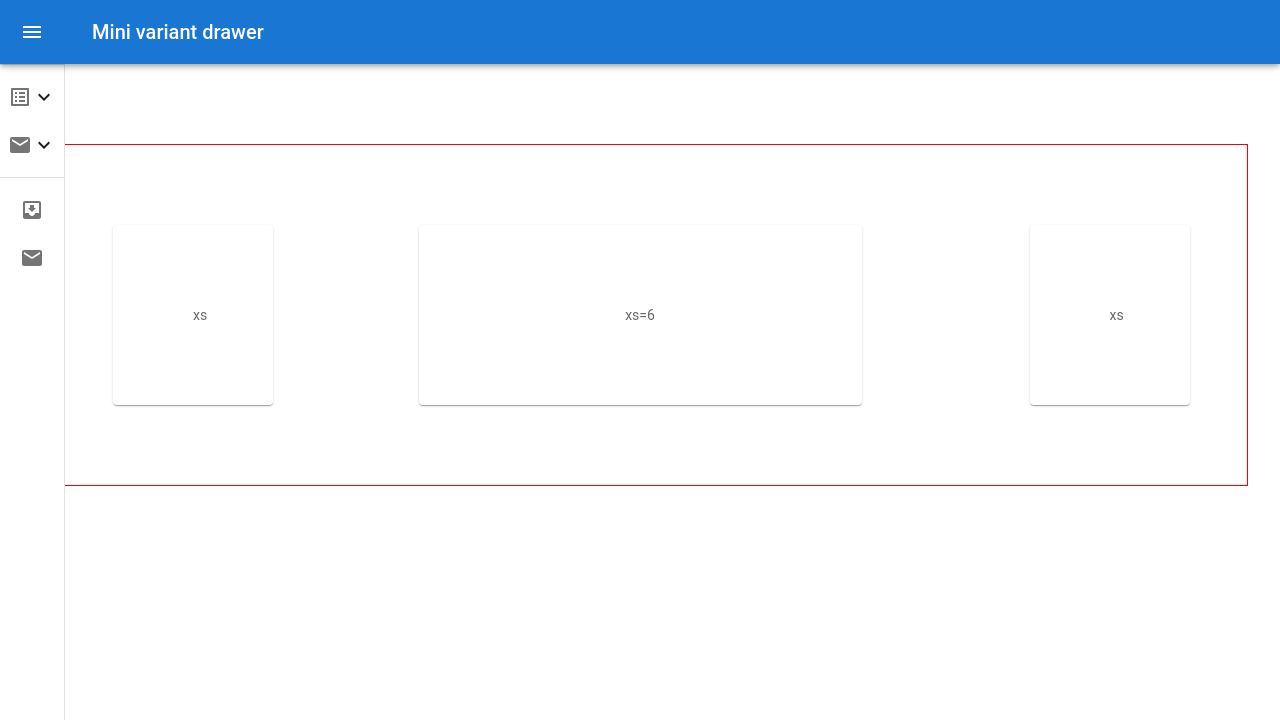
Repository: Vijay-Singh1/office-tools
Page: /createForm/Create-Form
An editor plug-in stored every save of this project. The page is shown before and after the next save, followed by the edit.
The browser window is 1280 px wide. The pictures show the whole page.
The project was rebuilt for these pictures with package versions that can differ from the ones it lists, and the page was loaded fresh each time. Also part of the build but not shown: vite.config.ts, src/FormBuilderApp/src/pages/OpenForms.tsx.

Above is the page before, as saved 2024-09-02 20:02:21.

### index.html
<!doctype html>
<html lang="en">
  <head>
    <meta charset="UTF-8" />
    <link rel="icon" type="image/svg+xml" href="/vite.svg" />
    <meta name="viewport" content="width=device-width, initial-scale=1.0" />
    <title>Office Tools</title>
  </head>
  <body>
    <div id="root"></div>
    <script type="module" src="/src/main.tsx"></script>
  </body>
</html>

### src/main.tsx
import { StrictMode } from 'react'
import { createRoot } from 'react-dom/client'
import App from './App.tsx'
import './index.css'// Import Tailwind CSS
import { ThemeProvider } from '@mui/material/styles';
import CssBaseline from '@mui/material/CssBaseline';
import theme from "./appTheme/appTheme.ts"
import AppRoutes from './routes.js';
createRoot(document.getElementById('root')!).render(
  <StrictMode>
    <ThemeProvider theme={theme}>
    <CssBaseline />
    <AppRoutes />
    </ThemeProvider>
  </StrictMode>,
)

### src/appTheme/appTheme.ts
// src/theme.ts
import { createTheme, ThemeOptions } from '@mui/material/styles';

const themeOptions: ThemeOptions = {
  palette: {
    primary: {
      main: '#1976d2',
    },
    secondary: {
      main: '#dc004e',
    },
  },
  typography: {
    fontFamily: 'Roboto, Arial, sans-serif',
    h1: {
      fontSize: '2.5rem',
      fontWeight: 500,
    },
    body1: {
      fontSize: '1rem',
    },
  },
  components: {
    MuiButton: {
      styleOverrides: {
        root: {
          textTransform: 'none',
          borderRadius: '8px',
        },
      },
    },
  },
};

const theme = createTheme(themeOptions);

export default theme;

### src/routes.tsx
import React from 'react';
import { createBrowserRouter, RouterProvider } from 'react-router-dom';

import Sidebar from './components/sidebar';
import { formBuilderRoutes } from './FormBuilderApp/src/formBuilderRoutes';
import App from './App';

// Combine routes from different modules
const router = createBrowserRouter([
  {
    path: '/',
    element: <App />,
    children: [
      ...formBuilderRoutes
      // Add other module routes here
    ],
  },
]);

const AppRoutes: React.FC = () => {
  return <RouterProvider router={router} />;
};

export default AppRoutes;

### src/FormBuilderApp/src/formBuilderRoutes.tsx
import React from 'react';
import { RouteObject } from 'react-router-dom';
import FormBuilderHome from './pages/FormBuilderHome';
import CreateForm from './pages/CreateForm';
import OpenForms from './pages/OpenForms';


export const formBuilderRoutes: RouteObject[] = [
  {
    path: 'createForm',
    element: <FormBuilderHome />,
    children: [
      {
        path: '/createForm/Create-Form',
        element: <CreateForm />,
      },
      {
        path: '/createForm/Open-Form',
        element: <OpenForms />,
      },
    ],
  },
];

### src/App.tsx
import { Outlet } from "react-router-dom";
import "./App.css";
import Sidebar from "./components/sidebar";

const App: React.FC = () => {
  return (
    <div>
      <Sidebar />
      <div id="detail">
        <Outlet />
      </div>
    </div>
  );
};

export default App;

### src/FormBuilderApp/src/pages/FormBuilderHome.tsx
import React from 'react'
import { Outlet } from 'react-router-dom'

const FormBuilderHome = () => {
  return (
    <div id="detail">
        <Outlet />
      </div>
  )
}

export default FormBuilderHome

### src/FormBuilderApp/src/pages/CreateForm.tsx
import { styled } from '@mui/material/styles';
import Box from '@mui/material/Box';
import Paper from '@mui/material/Paper';
import Grid from '@mui/material/Grid';
import React from 'react'



const Item = styled(Paper)(({ theme }) => ({
  backgroundColor: theme.palette.mode === 'dark' ? '#1A2027' : '#fff',
  ...theme.typography.body2,
  padding: theme.spacing(10),
  margin : theme.spacing(10),
  textAlign: 'center',
  color: theme.palette.text.secondary,
}));
const CreateForm : React.FC = () => {
  return (
    <Box sx={{ flexGrow: 1, border : "1px solid red" }}>
      <Grid container spacing={1}>
        <Grid item xs= {3}>
          <Item>xs</Item>
        </Grid>
        <Grid item xs={6}>
          <Item>xs=6</Item>
        </Grid>
        <Grid item xs = {3}>
          <Item>xs</Item>
        </Grid>
      </Grid>
    </Box>
  )
}

export default CreateForm

### src/components/sidebar/index.tsx
import * as React from 'react';
import { styled, useTheme, Theme, CSSObject } from '@mui/material/styles';
import Box from '@mui/material/Box';
import MuiDrawer from '@mui/material/Drawer';
import MuiAppBar, { AppBarProps as MuiAppBarProps } from '@mui/material/AppBar'; // <-- Use MuiAppBar here for clarity
import Toolbar from '@mui/material/Toolbar';
import List from '@mui/material/List';
import CssBaseline from '@mui/material/CssBaseline';
import Typography from '@mui/material/Typography';
import Divider from '@mui/material/Divider';
import IconButton from '@mui/material/IconButton';
import MenuIcon from '@mui/icons-material/Menu';
import ChevronLeftIcon from '@mui/icons-material/ChevronLeft';
import ChevronRightIcon from '@mui/icons-material/ChevronRight';
import ListItem from '@mui/material/ListItem';
import ListItemButton from '@mui/material/ListItemButton';
import ListItemIcon from '@mui/material/ListItemIcon';
import ListItemText from '@mui/material/ListItemText';
import InboxIcon from '@mui/icons-material/MoveToInbox';
import MailIcon from '@mui/icons-material/Mail';
import Collapse from '@mui/material/Collapse';
import ExpandLess from '@mui/icons-material/ExpandLess';
import ExpandMore from '@mui/icons-material/ExpandMore';
import ListAltIcon from '@mui/icons-material/ListAlt';
import {  Link } from "react-router-dom";

const drawerWidth = 240;

const openedMixin = (theme: Theme): CSSObject => ({
  width: drawerWidth,
  transition: theme.transitions.create('width', {
    easing: theme.transitions.easing.sharp,
    duration: theme.transitions.duration.enteringScreen,
  }),
  overflowX: 'hidden',
});

const closedMixin = (theme: Theme): CSSObject => ({
  transition: theme.transitions.create('width', {
    easing: theme.transitions.easing.sharp,
    duration: theme.transitions.duration.leavingScreen,
  }),
  overflowX: 'hidden',
  width: `calc(${theme.spacing(7)} + 1px)`,
  [theme.breakpoints.up('sm')]: {
    width: `calc(${theme.spacing(8)} + 1px)`,
  },
});

const DrawerHeader = styled('div')(({ theme }) => ({
  display: 'flex',
  alignItems: 'center',
  justifyContent: 'flex-end',
  padding: theme.spacing(0, 1),
  // necessary for content to be below app bar
  ...theme.mixins.toolbar,
}));

interface AppBarProps extends MuiAppBarProps {
  open?: boolean;
}

const AppBar = styled(MuiAppBar, {
  shouldForwardProp: (prop) => prop !== 'open',
})<AppBarProps>(({ theme }) => ({
  zIndex: theme.zIndex.drawer + 1,
  transition: theme.transitions.create(['width', 'margin'], {
    easing: theme.transitions.easing.sharp,
    duration: theme.transitions.duration.leavingScreen,
  }),
  variants: [
    {
      props: ({ open }) => open,
      style: {
        marginLeft: drawerWidth,
        width: `calc(100% - ${drawerWidth}px)`,
        transition: theme.transitions.create(['width', 'margin'], {
          easing: theme.transitions.easing.sharp,
          duration: theme.transitions.duration.enteringScreen,
        }),
      },
    },
  ],
}));

const Drawer = styled(MuiDrawer, { shouldForwardProp: (prop) => prop !== 'open' })(
  ({ theme }) => ({
    width: drawerWidth,
    flexShrink: 0,
    whiteSpace: 'nowrap',
    boxSizing: 'border-box',
    variants: [
      {
        props: ({ open }) => open,
        style: {
          ...openedMixin(theme),
          '& .MuiDrawer-paper': openedMixin(theme),
        },
      },
      {
        props: ({ open }) => !open,
        style: {
          ...closedMixin(theme),
          '& .MuiDrawer-paper': closedMixin(theme),
        },
      },
    ],
  }),
);

const Sidebar: React.FC = () => {
  const theme = useTheme();
  const [open, setOpen] = React.useState(false);
  const [nestedOpen, setNestedOpen] = React.useState({ 0: false, 1: false });

  const handleDrawerOpen = () => {
    setOpen(true);
  };

  const handleDrawerClose = () => {
    setOpen(false);
  };

  const handleNestedClick = (index: number) => {
    setNestedOpen((prev) => ({ ...prev, [index]: !prev[index] }));
  };
  const handleClick = (element: string) => {
    if(element === "Create Form"){
      console.log(element)
    }
  };

  return (
    <Box sx={{ display: 'flex' }}>
      <CssBaseline />
      <AppBar position="fixed" open={open}>
        <Toolbar>
          <IconButton
            color="inherit"
            aria-label="open drawer"
            onClick={handleDrawerOpen}
            edge="start"
            sx={[
              { marginRight: 5 },
              open && { display: 'none' },
            ]}
          >
            <MenuIcon />
          </IconButton>
          <Typography variant="h6" noWrap component="div">
            Mini variant drawer
          </Typography>
        </Toolbar>
      </AppBar>
      <Drawer variant="permanent" open={open}>
        <DrawerHeader>
          <IconButton onClick={handleDrawerClose}>
            {theme.direction === 'rtl' ? <ChevronRightIcon /> : <ChevronLeftIcon />}
          </IconButton>
        </DrawerHeader>
        <Divider />
        <List>
          {['Form Builder', 'Image Editor'].map((text, index) => (
            <>
              <ListItem key={index} disablePadding sx={{ display: 'block' }}>
                <ListItemButton
                  onClick={() => handleNestedClick(index)}
                  sx={[
                    { minHeight: 48, px: 2.5 },
                    open ? { justifyContent: 'initial' } : { justifyContent: 'center' },
                  ]}
                >
                  <ListItemIcon
                    sx={[
                      { minWidth: 0, justifyContent: 'center' },
                      open ? { mr: 3 } : { mr: 'auto' },
                    ]}
                  >
                    {index % 2 === 0 ? <ListAltIcon /> : <MailIcon />}
                  </ListItemIcon>
                  <ListItemText
                    primary={text}
                    sx={[open ? { opacity: 1 } : { opacity: 0 }]}
                  />
                  {nestedOpen[index] ? <ExpandLess /> : <ExpandMore />}
                </ListItemButton>
              </ListItem>
              <Collapse in={nestedOpen[index]} timeout="auto" unmountOnExit>
                <List component="div" disablePadding>
                  {['Create Form', 'Open Form'].map((subtext, idx) => (
                    <Link to ={`/createForm/${subtext.split(" ")[0]}-${subtext.split(" ")[1]}`}>
                    <ListItemButton key={idx} sx={{ pl: 4 }} >
                      <ListItemIcon>
                      <ListAltIcon/>
                      </ListItemIcon>
                      <ListItemText primary={subtext} />
                    </ListItemButton>
                    </Link>
                  ))}
                </List>
              </Collapse>
            </>
          ))}
        </List>
        <Divider />
        {/* Other Items */}
        <List>
          {['Docs Creator', 'SpreadSheet'].map((text, index) => (
            <ListItem key={index} disablePadding sx={{ display: 'block' }}>
              <ListItemButton
                sx={[
                  { minHeight: 48, px: 2.5 },
                  open ? { justifyContent: 'initial' } : { justifyContent: 'center' },
                ]}
              >
                <ListItemIcon
                  sx={[
                    { minWidth: 0, justifyContent: 'center' },
                    open ? { mr: 3 } : { mr: 'auto' },
                  ]}
                >
                  {index % 2 === 0 ? <InboxIcon /> : <MailIcon />}
                </ListItemIcon>
                <ListItemText
                  primary={text}
                  sx={[open ? { opacity: 1 } : { opacity: 0 }]}
                />
              </ListItemButton>
            </ListItem>
          ))}
        </List>
      </Drawer>
      <Box component="main" sx={{ flexGrow: 1, p: 3 }}>
        <DrawerHeader />
        {/* Your Main Content Here */}
      </Box>
    </Box>
  );
};

export default Sidebar;

Loaded but not shown: src/index.css (common file); src/App.css (common file)

After the next save:
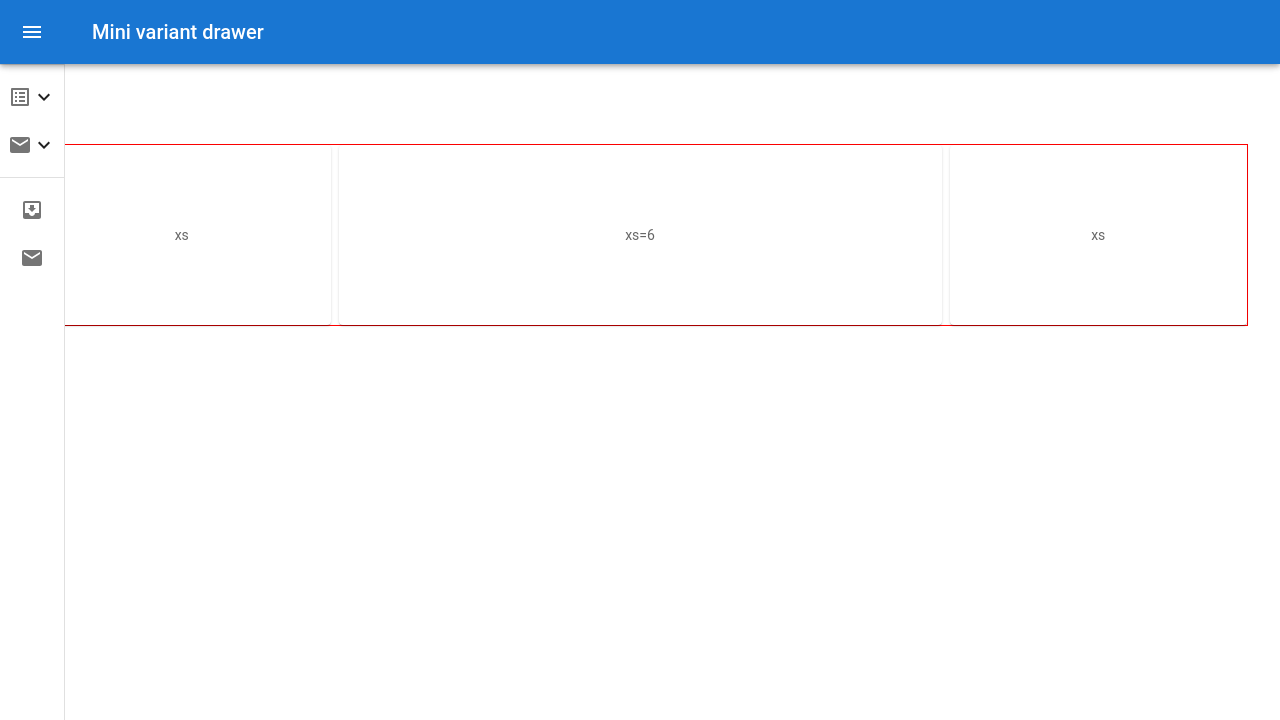
Saved 39 s later.
--- a/src/FormBuilderApp/src/pages/CreateForm.tsx
+++ b/src/FormBuilderApp/src/pages/CreateForm.tsx
@@ -10,7 +10,7 @@ const Item = styled(Paper)(({ theme }) => ({
   backgroundColor: theme.palette.mode === 'dark' ? '#1A2027' : '#fff',
   ...theme.typography.body2,
   padding: theme.spacing(10),
-  margin : theme.spacing(10),
+
   textAlign: 'center',
   color: theme.palette.text.secondary,
 }));
